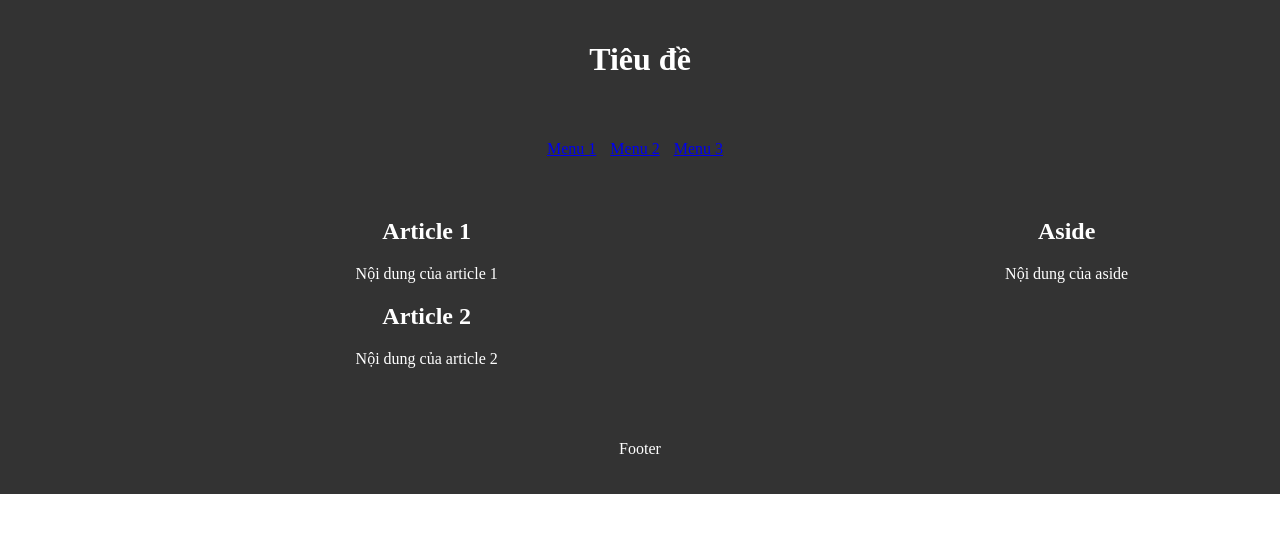
Repository: G1tHub-zer0/BTTH
Page: BTCSS/bai21.html
An editor plug-in stored every save of this project. The page is shown before and after the next save, followed by the edit.
The browser window is 1280 px wide. The pictures show the whole page.

Above is the page before, as saved 2024-03-22 20:30:20.

After the next save:
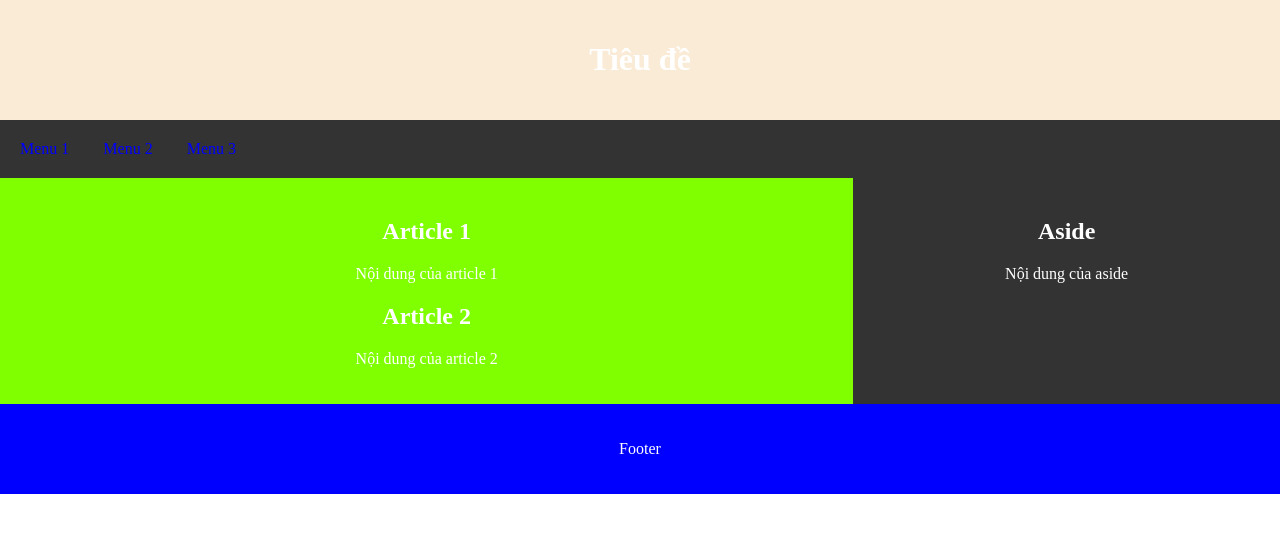
Saved 42 s later.
--- a/BTCSS/bai21.css
+++ b/BTCSS/bai21.css
@@ -81,6 +81,33 @@ nav ul li {
   display: inline;
   margin-right: 10px;
 }
+nav {
+  display: flex;
+  justify-content: space-between;
+}
+ul {
+  list-style-type: none;
+}
+
+a {
+  color: #fff;
+  text-decoration: none;
+  margin-right: 20px;
+  color: blue;
+}
+
+nav a:hover {
+  color: #ccc;
+}
+header {
+  background-color: antiquewhite;
+}
+section {
+  background-color: chartreuse;
+}
+footer {
+  background-color: blue;
+}
 
 .container {
   display: grid;
